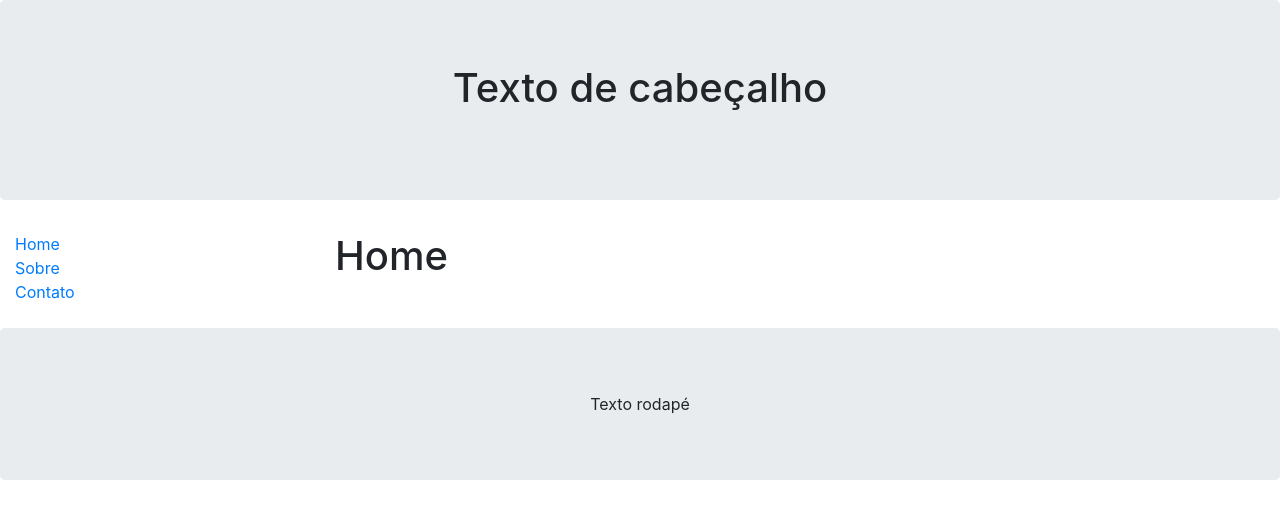
Repository: BrunoCesarAngst/poo
Page: aula06/index.html
These files come from the project's save history. The page is drawn as it stood at one moment and after a run of saves; the edit follows.
The browser window is 1280 px wide. The pictures show the whole page.

Above is the page before, as saved 2020-08-28 20:20:05.

After the next 3 saves:
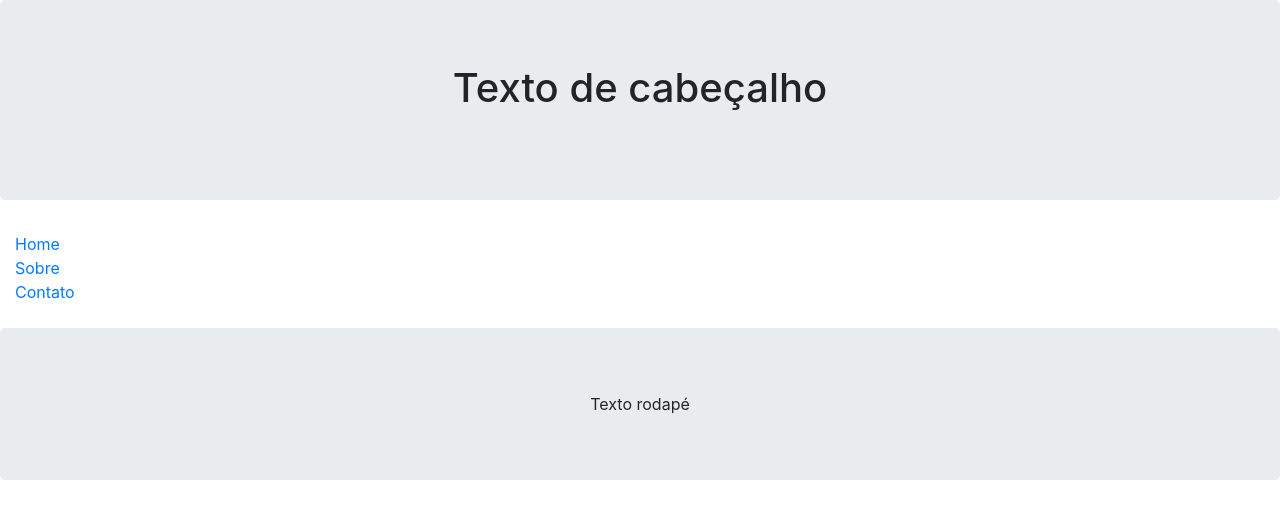
Console error: SyntaxError: Unexpected token ')'
The 3 saves are shown as one change because they came seconds apart.
The last was saved 9 s later.
--- a/aula06/assets/js/script.js
+++ b/aula06/assets/js/script.js
@@ -22,7 +22,7 @@
 }
 
 function form() {
-  $('section').load('views/form.html', onSubmit, );
+  $('section').load('views/form.html', onSubmit, function());
   $('#sendFormButton')
 }
 

After the save that followed:
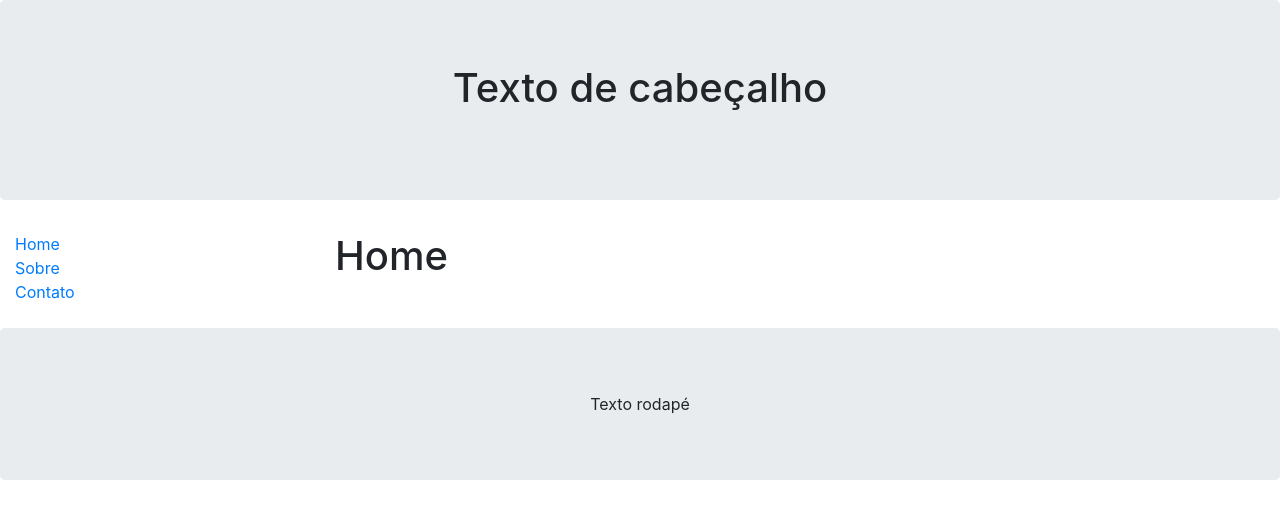
The error is gone.
Saved 6 s later.
--- a/aula06/assets/js/script.js
+++ b/aula06/assets/js/script.js
@@ -22,7 +22,7 @@
 }
 
 function form() {
-  $('section').load('views/form.html', onSubmit, function());
+  $('section').load('views/form.html', onSubmit, function() {});
   $('#sendFormButton')
 }
 
